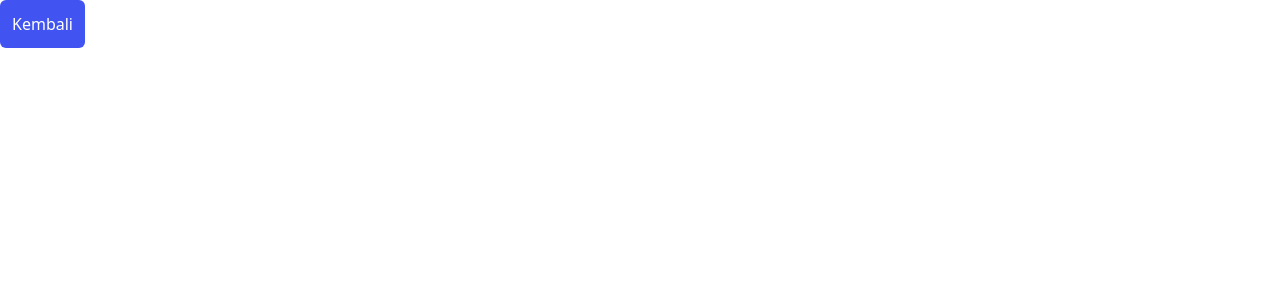
Repository: whytrno/sinovi-products
Page: /products
These files come from the project's save history. The page is drawn as it stood at one moment and after the next save; the edit follows.
The browser window is 1280 px wide. The pictures show the whole page.
The project was rebuilt for these pictures with package versions that can differ from the ones it lists, and the page was loaded fresh each time. The framework's server and built-in components were replaced by stand-ins that run in the browser. Also part of the build but not shown: next.config.js, components/Icon/BackIcon.js.

Above is the page before, as saved 2023-02-25 00:05:28.

### pages/products.js
import BackIcon from "@/components/Icon/BackIcon";
import Link from "next/link";

export default function Products() {
    return (
        <div>
            {/* <Link href="/" className="rounded-md p-4 bg-primary text-white">
                <BackIcon />
                <p>Kembali</p>
            </Link> */}
            <Link href="/" className="bg-[#4154F1] flex gap-3 items-center w-min whitespace-nowrap text-white rounded-md p-3">
                <p>Kembali</p>
            </Link>
        </div>
    )
}

### tailwind.config.js
/** @type {import('tailwindcss').Config} */
module.exports = {
  content: [
    "./app/**/*.{js,ts,jsx,tsx}",
    "./pages/**/*.{js,ts,jsx,tsx}",
    "./components/**/*.{js,ts,jsx,tsx}"
  ],
  theme: {
    extend: {
      colors: {
        primary: "#03338D",
        secondary: "#4154F1",
        title: "#192A48",
        paragraph: "#444444"
      },
    },
    plugins: [],
  }
}

Loaded but not shown: pages/_app.js (common file); pages/_document.js (common file); styles/globals.css (common file)

After the next save:
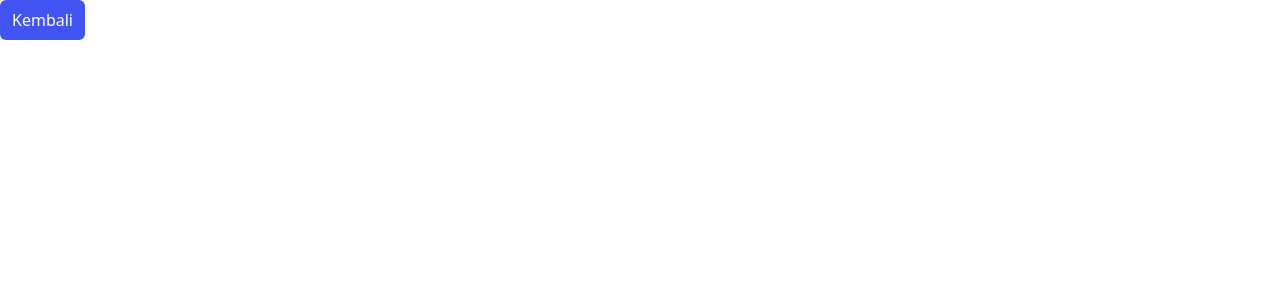
Saved 12 s later.
--- a/pages/products.js
+++ b/pages/products.js
@@ -8,7 +8,7 @@
                 <BackIcon />
                 <p>Kembali</p>
             </Link> */}
-            <Link href="/" className="bg-[#4154F1] flex gap-3 items-center w-min whitespace-nowrap text-white rounded-md p-3">
+            <Link href="/" className="bg-[#4154F1] flex gap-3 items-center w-min whitespace-nowrap text-white rounded-md py-2 px-3">
                 <p>Kembali</p>
             </Link>
         </div>
